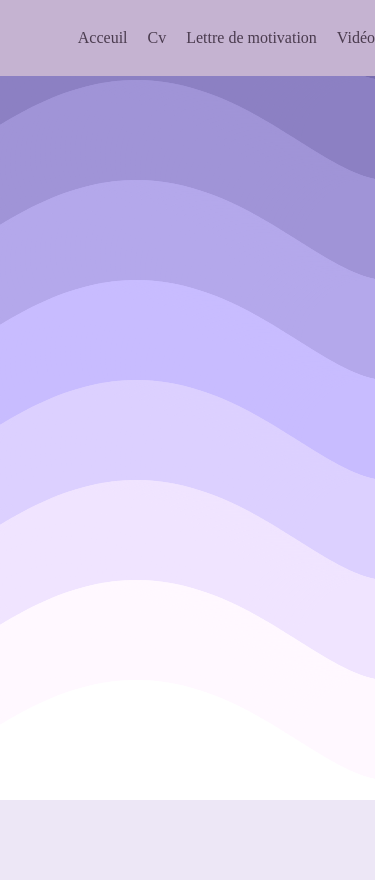
Repository: Iban-del/ProjetBacIban
Page: index.html
An editor plug-in stored every save of this project. The page is shown before and after a run of saves, followed by the edit.
The browser window is 375 px wide. The pictures show the whole page.
The page's requests for data from a server got no answer.

Above is the page before, as saved 2025-02-25 12:39:01.

After the next 3 saves:
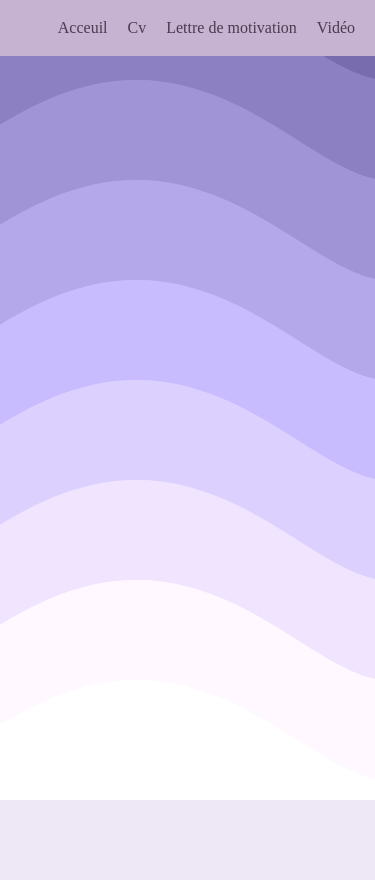
The 3 saves are shown as one change because they came seconds apart.
The last was saved 9 s later.
--- a/css/index.css
+++ b/css/index.css
@@ -245,17 +245,20 @@ p {
     }
 
     p {
+        box-sizing: border-box;
         font-size: 18px;
     }
 }
 
 @media (max-width: 480px) {
     .navBar {
+        box-sizing: border-box;
         height: 7%;
         padding: 10px;
     }
 
     .button-navBar {
+        box-sizing: border-box;
         font-size: 16px;
         padding: 10px;
     }
